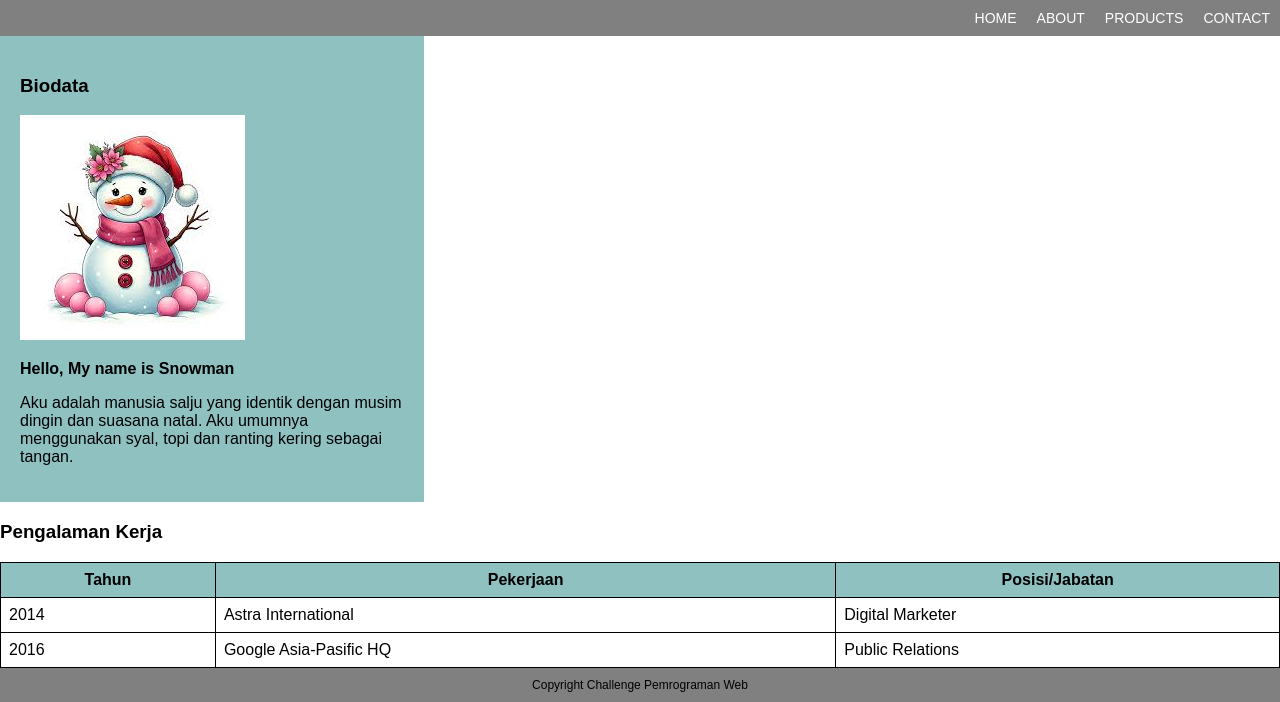
Repository: razitazhr/Pertemuan-6_24.116194
Page: Pertemuan 5/Challenge 5.html
An editor plug-in stored every save of this project. The page is shown before and after the next save, followed by the edit.
The browser window is 1280 px wide. The pictures show the part of the page from y = 277 to 1019 px (the page is 979 px tall before and 1019 px after).

Above is the page before, as saved 2026-05-03 21:48:05.

### Pertemuan 5/Challenge 5.html
<!DOCTYPE html>
<html lang="en">
<head>
    <meta charset="UTF-8">
    <meta name="viewport" content="width=device-width, initial-scale=1.0">
    <title>Challenge 5_24.11.6194</title>
    <link rel="stylesheet" href="style.css">
</head>
<body>
    <div class="header">
        <div class="nav">
            <h1><span>WEB</span> DEVELOPMENT</h1>
        </div>
    </div>
    <div class="navbar">
        <a href="#">HOME</a>
        <a href="#">ABOUT</a>
        <a href="#">PRODUCTS</a>
        <a href="#">CONTACT</a>
    </div>
    <div class="container">
        <div class="biodata">
            <h3>Biodata</h3>
            <img src="snowman.jpg" alt="">
            <p><b>Hello, My name is Snowman</b></p>
            <p>Aku adalah manusia salju yang identik dengan musim dingin dan suasana natal. Aku umumnya menggunakan syal, topi dan ranting kering sebagai tangan.</p>
        </div>
    </div>
    <div class="Pengalaman">
        <h3>Pengalaman Kerja</h3>
        <table>
            <tr>
                <th>Tahun</th>
                <th>Pekerjaan</th>
                <th>Posisi/Jabatan</th>
            </tr>
            <tr>
                <td>2014</td>
                <td>Astra International</td>
                <td>Digital Marketer</td>
            </tr>
            <tr>
                <td>2016</td>
                <td>Google Asia-Pasific HQ</td>
                <td>Public Relations</td>
            </tr>
        </table>
    </div>
    <div class="footer">
        Copyright Challenge Pemrograman Web
    </div>
</body>
</html>

### Pertemuan 5/Style.CSS
body {
    margin: 0;
    font-family: Arial;
}
.header {
    background-image: url('computer images.jpg');
    background-size: cover;
    background-position: center;
    height: 250px;
    position: relative;
}
.overlay {
    background: rgba(0, 0, 0, 3);
    height: 100%;
    display: flex;
    align-items: center;
    justify-content: center;
}
.header h1 {
    color: white;
    font-size: 40px;
}
.header span {
    color: orange;
}
.navbar {
    display: flex;
    justify-content: flex-end;
    background: gray;
    padding: 10px;
}
.navbar a {
    color: white;
    text-decoration: none;
    margin-left: 20px;
    font-size: 14px;
}
.container {
    display: flex;
}
.biodata {
    width: 30%;
    background: #8fc1c1;
    padding: 20px;
}
biodata img {
    width: 150px;
    display: block;
    margin-bottom: 10px;
}
.pengalaman {
    width: 70%;
    background: #f2f2f2;
    padding: 20px;
}
table {
    width: 100%;
    border-collapse: collapse;
}
th {
    background: #8fc1c1;
}
table, th, td {
    border: 1px solid black;
    padding: 8px;
}
.footer {
    background: gray;
    text-align: center;
    padding: 10px;
    font-size: 12px;
}

After the next save:
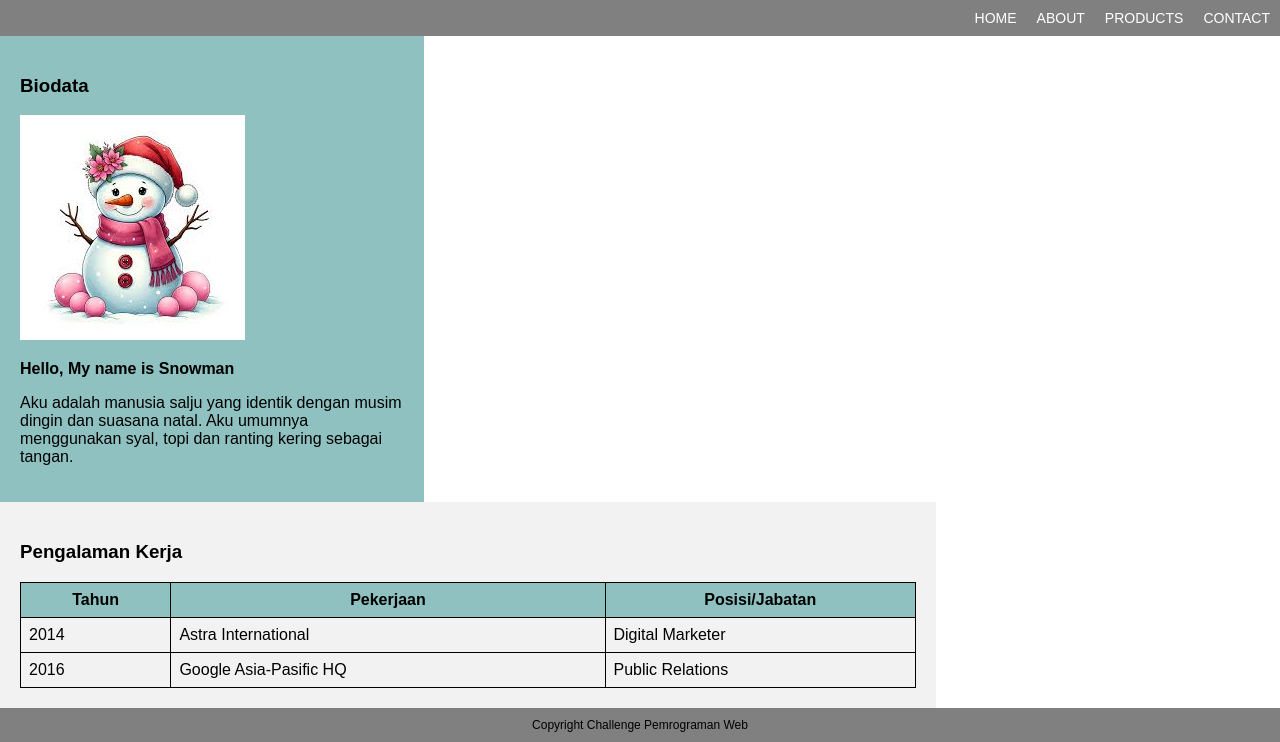
Saved 2 min 59 s later.
--- a/Pertemuan 5/Challenge 5.html
+++ b/Pertemuan 5/Challenge 5.html
@@ -26,7 +26,7 @@
             <p>Aku adalah manusia salju yang identik dengan musim dingin dan suasana natal. Aku umumnya menggunakan syal, topi dan ranting kering sebagai tangan.</p>
         </div>
     </div>
-    <div class="Pengalaman">
+    <div class="pengalaman">
         <h3>Pengalaman Kerja</h3>
         <table>
             <tr>
